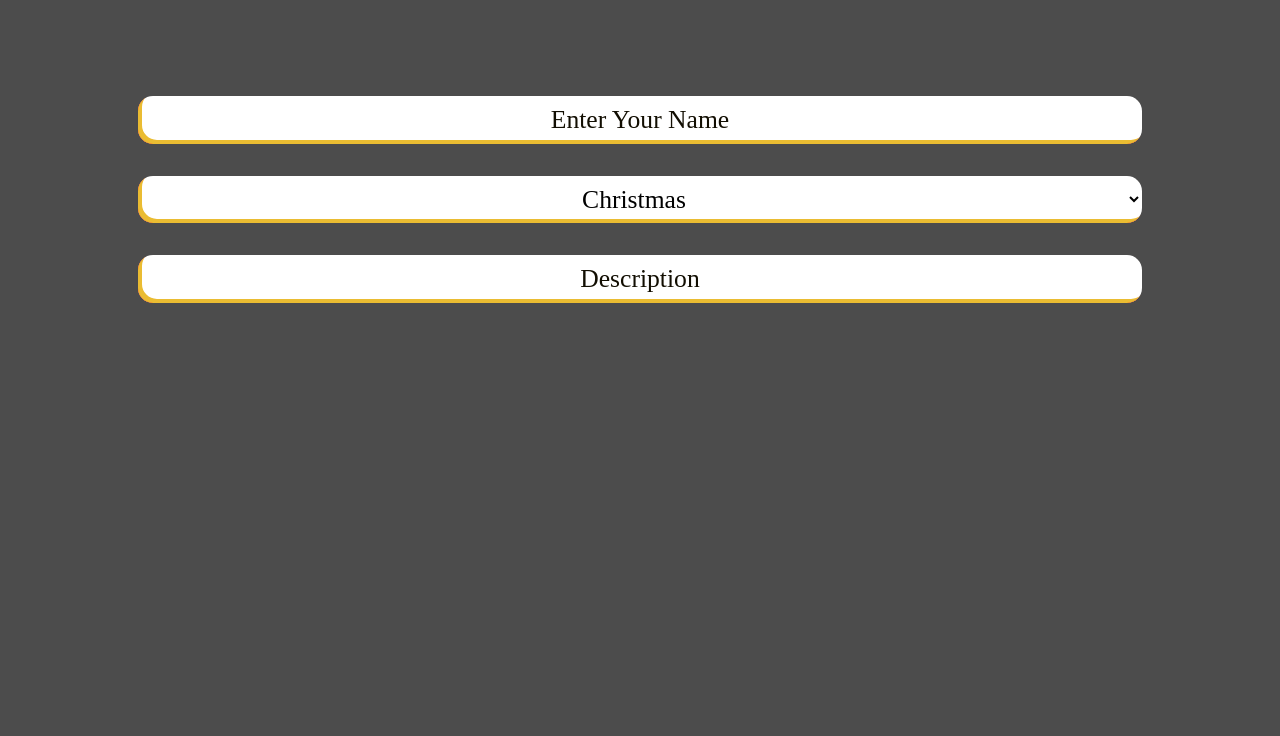
Repository: Haneef-Shaik/Greetings
Page: /
These files come from the project's save history. The page is drawn as it stood at one moment and after the next save; the edit follows.
The browser window is 1280 px wide. The pictures show the whole page.
The project was rebuilt for these pictures with package versions that can differ from the ones it lists, and the page was loaded fresh each time. The framework's server and built-in components were replaced by stand-ins that run in the browser. Also part of the build but not shown: next.config.js, styles/card.module.scss, components/card.js, styles/socialShare.module.scss, components/socialShare.js.

Above is the page before, as saved 2021-12-01 20:39:14.

### pages/_app.js
import '../styles/globals.css'
import 'bootstrap/dist/css/bootstrap.css'


function MyApp({ Component, pageProps }) {
  return <Component {...pageProps} />
}

export default MyApp

### pages/index.js
import Card from "../components/card.js";
import {useRouter} from 'next/router';
import Ss from "../components/socialShare"
import InpFrm from "../components/form"

export default function Home() {
  const {query} = useRouter();
  const myurls='https://gratefulprayerthankfulheart.com/wp-content/uploads/2014/12/aquawhitechristmastreegreeting.jpg';

  if(query.length > 0)
  {

    if(query.greeting)
    {
      return (
        <>
          <Card event={query.event} image={query.bgImg} name={query.name} greeting={query.greeting}  />
        </>
          )
    }
    else
    {
      return (
        <>
          <Card event={query.event} image={query.bgImg} name={query.name}  />
        </>
          )
    }

  }
  else
  {
    return (
        <>
          <InpFrm />
        </>
        )
  }
    // return (
    //   <>
        {/* <Card event='Event' image={myurls} name='Name' color='red' greeting="Lorem Ipsum is simply dummy text of the printing and typesetting industry. Lorem Ipsum has been thing software like Aldus PageMaker including versions of Lorem Ipsum."  /> */}
        {/* <Ss mylink="localhost:3000/name=haneef&event=christmas" /> */}
    {/*     <Ss mylink="localhost:3000/name=haneef&event=christmasW&sddsajnodsoduaibdadbksa" /> */}
    //   </>
    //     )

}

### components/form.js
/* eslint-disable no-undef */
import React, {useState,useRef} from 'react'

import 'bootstrap/dist/css/bootstrap.min.css';
import styles from '../styles/form.module.scss';
import IMAGE from 'next/image'


function Edit() {
    return (
        <div className="container-fluid p-2 "  style={{backgroundColor:'#4C4C4C'} }>
            <div className="container">
                <div className="row">
                    <div className="col-12">
                        <div className={styles.formContainer} >
                            <form className="formStyle">
                                <input type="text" placeholder="Enter Your Name" className="col-12" required />

                                <select name="festival" className="col-12 p-2">
                                    <option value="christmas">Christmas</option>
                                    <option value="newYear">New Year</option>
                                </select>

                                <input type="text" placeholder="Description" className="col-12" optional />

                            </form>
                        </div>
                    </div>
                </div>
            </div>
        </div>
    )
}


class InvitationCard extends React.Component{
    render(){
        return (

                <div className="body p-2" style={{backgroundColor: this.props.c,backgroundImage:`url(${this.props.im})`,backgroundSize:350,backgroundRepeat:'no-repeat'}} >
                    <h1 id="heading" style={{color: this.props.heading}}>{this.props.name}</h1>
                    <p style={{marginTop: "50px",color: this.props.content}}>{this.props.message}</p>
                    <p style={{color: this.props.content}} id="toWhom">{this.props.to}</p>
                </div>
        )
    }

}



export default Edit;

### styles/form.module.scss
.formContainer{
    padding:5%;
    height:100vh;
    background-color:#4C4C4C;
    // background: linear-gradient(#920000,#800000,#6D0000,#490000);
    input , select {
        margin-top:2rem;

        text-align:center;
        font-family: 'Times New Roman', Times, serif;
        font-size:1.6rem;
        border:none;

        background-color:#fff;
        border-radius:15px;
        box-shadow: inset 4px -4px 0px #EABC32 , inset 2px -2px 0px #f00 ;
        line-height:3rem;
        &::placeholder{
            color:#120E02;
        }
    }
    form{
        display: flex;
        align-items:center;
        justify-content: space-evenly;
        flex-direction: column;
        flex-wrap: wrap;
    }
}

Loaded but not shown: pages/api/hello.js (common file); styles/globals.css (common file)

After the next save:
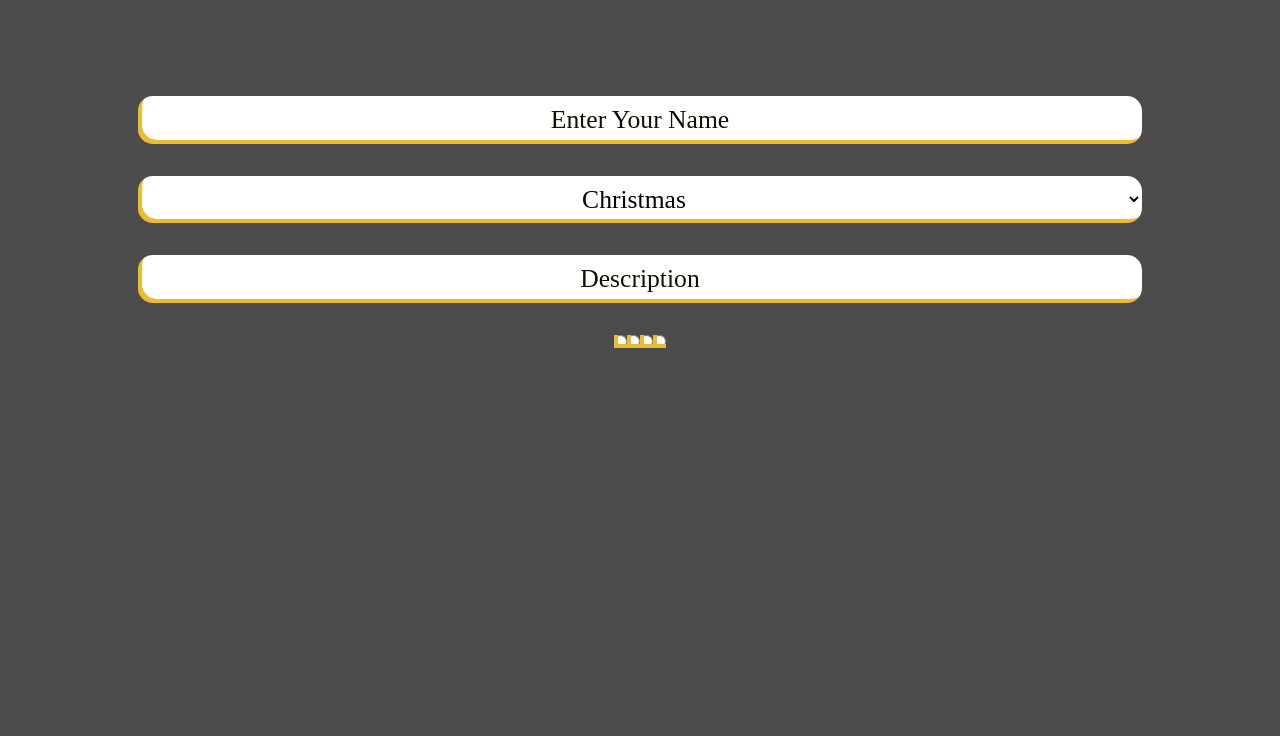
Saved 3 min 35 s later.
--- a/components/form.js
+++ b/components/form.js
@@ -22,7 +22,13 @@ function Edit() {
                                 </select>
 
                                 <input type="text" placeholder="Description" className="col-12" optional />
-
+                                <div>
+                                    <label htmlFor="img1"></label>
+                                    <input type="radio" name="BgImage" id="img1" />
+                                    <input type="radio" name="BgImage" id="img2" />
+                                    <input type="radio" name="BgImage" id="img3" />
+                                    <input type="radio" name="BgImage" id="img4" />
+                                </div>
                             </form>
                         </div>
                     </div>
